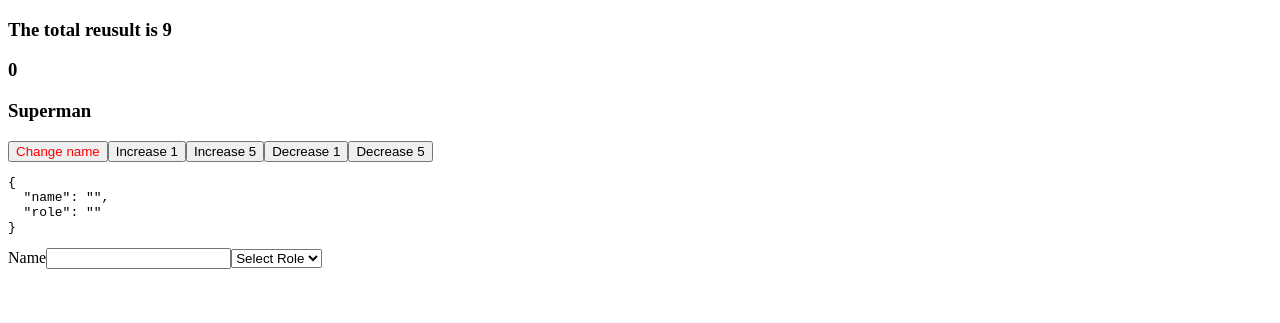
Repository: KZH2001/Vue_Practice
Page: / (app in Tutorial/)
An editor plug-in stored every save of this project. The page is shown before and after a run of saves, followed by the edit.
The browser window is 1280 px wide. The pictures show the whole page.
The project was rebuilt for these pictures with package versions that can differ from the ones it lists, and the page was loaded fresh each time. Also part of the build but not shown: Tutorial/vite.config.js.

Above is the page before, as saved 2026-01-19 22:55:41.

### Tutorial/src/App.vue


  <template>
  <h3>The total reusult is {{ add(2,3,4) }}</h3>
  <h3>{{ number  }}</h3>

  <h3>{{ name }}</h3>
  <button  v-bind:style="{color:color}" v-on:click="name = 'Batman'">Change name</button>
  <button @click="increaseNumber(1)">Increase 1</button>
  <button @click="increaseNumber(5)">Increase 5</button>
  <button @click="decreaseNumber(1)">Decrease 1</button>
  <button @click="decreaseNumber(5)">Decrease 5</button>

  <pre>{{ JSON.stringify(formValues, null, 2) }}</pre>


  <form action="">
    <label for="name">Name</label>
    <input v-model="formValues.name" id="name" type="text">

    <select name="" id="" v-model="formValues.role">
      <option value="">Select Role</option>
      <option value="Web">Web</option>
      <option value="Network">Network</option>

    </select>
  </form>
  </template>

  <style scoped>

  </style>

  <script >
    export default{


      data(){
        return{
          name: 'Superman',
          color: 'red',
          number: 0,
          formValues: {
            name: '',
            role: '',
          }
        }
      },
      methods: {
      add(a,b,c){
        return a+b+c
      },

      increaseNumber(num){
        this.number += num
      },

      decreaseNumber(num){
        this.number -= num
      }

    }

  }

  </script>

Loaded but not shown: Tutorial/index.html (common file); Tutorial/src/main.js (common file)

After the next 2 saves:
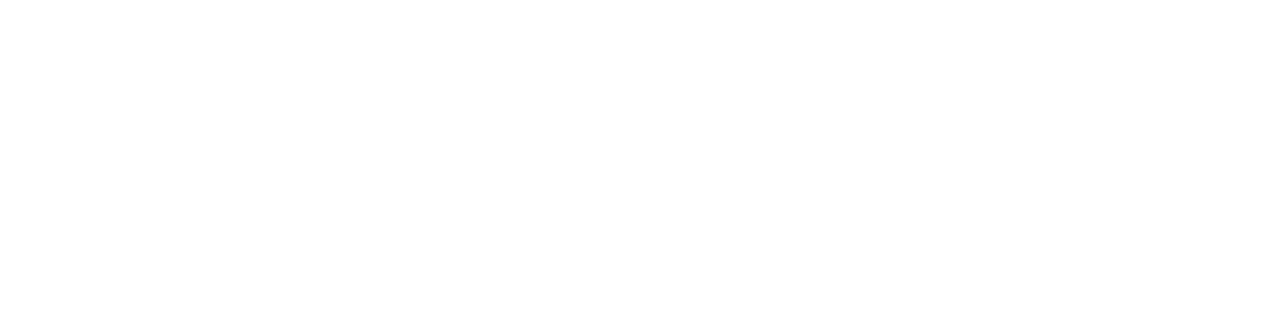
Console error: ReferenceError: reom is not defined
The 2 saves are shown as one change because they came seconds apart.
The last was saved 4 min 50 s later.
--- a/Tutorial/src/App.vue
+++ b/Tutorial/src/App.vue
@@ -43,6 +43,7 @@
           formValues: {
             name: '',
             role: '',
+            reom
           }
         }
       },

After the 2 saves that followed:
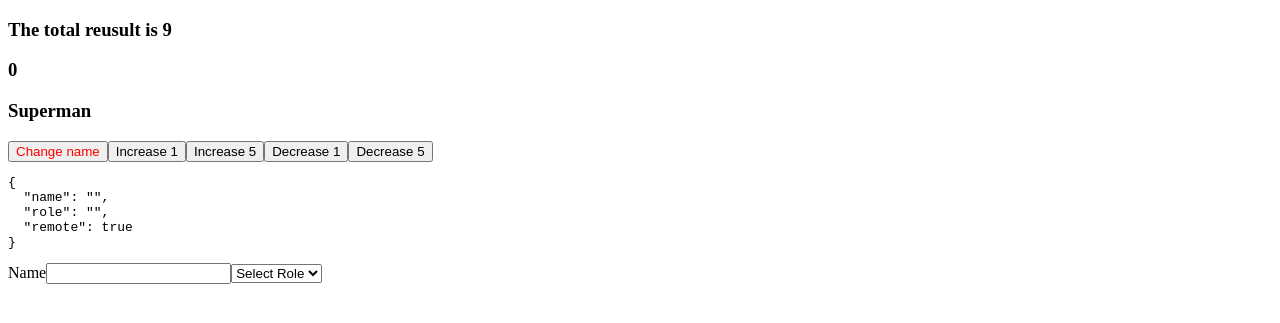
The error is gone.
The 2 saves are shown as one change because 1 did not build or start.
The last was saved 9 s later.
--- a/Tutorial/src/App.vue
+++ b/Tutorial/src/App.vue
@@ -43,7 +43,7 @@
           formValues: {
             name: '',
             role: '',
-            reom
+            remote: true,
           }
         }
       },
